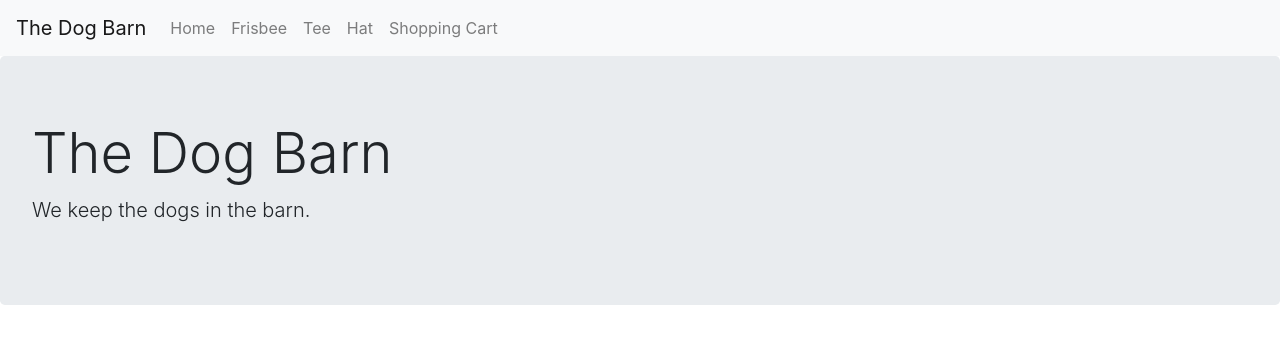
Repository: crudolph1214/SQL-Project
Page: http://localhost/thankyou.php
The author's editor kept a record of every edit. The page is drawn from the files as they stood at one moment, then again after the next edit.
The browser window is 1280 px wide. The pictures show the whole page.
The page is run by PHP 8.4 with error messages shown; the project is at /var/www/html/.

Above is the page before.

### workspace/thankyou.php
<!DOCTYPE html>
<html lang="en">
    <head>
        <!-- Required meta tags -->
        <meta charset="utf-8">
        <meta name="viewport" content="width=device-width, initial-scale=1, shrink-to-fit=no">

        <!-- Bootstrap CSS -->
        <link rel="stylesheet" href="https://stackpath.bootstrapcdn.com/bootstrap/4.1.0/css/bootstrap.min.css" integrity="sha384-9gVQ4dYFwwWSjIDZnLEWnxCjeSWFphJiwGPXr1jddIhOegiu1FwO5qRGvFXOdJZ4" crossorigin="anonymous">

        <title>The Dog Barn</title>
    </head>
    <body>
        <nav class="navbar navbar-expand-lg navbar-light bg-light">
            <a class="navbar-brand" href="index.php">The Dog Barn</a>
            <button class="navbar-toggler" type="button" data-toggle="collapse" data-target="#navbarNav" aria-controls="navbarNav" aria-expanded="false" aria-label="Toggle navigation">
                <span class="navbar-toggler-icon"></span>
            </button>
            <div class="collapse navbar-collapse" id="navbarNav">
                <ul class="navbar-nav">
                    <li class="nav-item">
                        <a class="nav-link" href="index.php">Home</a>
                    </li>
                    <li class="nav-item">
                        <a class="nav-link" href="frisbee.php">Frisbee</a>
                    </li>
                    <li class="nav-item">
                        <a class="nav-link" href="tee.php">Tee</a>
                    </li>
                    <li class="nav-item">
                        <a class="nav-link" href="hat.php">Hat</a>
                    </li>
                    <li class="nav-item">
                        <a class="nav-link" href="shoppingcart.php">Shopping Cart</a>
                    </li>
                </ul>
            </div>
        </nav>

        <div class="jumbotron">
            <h1 class="display-4">The Dog Barn</h1>
            <p class="lead">We keep the dogs in the barn.</p>
        </div>

        <!-- jQuery first, then Popper.js, then Bootstrap JS -->
        <script src="https://code.jquery.com/jquery-3.3.1.slim.min.js" integrity="sha384-q8i/X+965DzO0rT7abK41JStQIAqVgRVzpbzo5smXKp4YfRvH+8abtTE1Pi6jizo" crossorigin="anonymous"></script>
        <script src="https://cdnjs.cloudflare.com/ajax/libs/popper.js/1.14.0/umd/popper.min.js" integrity="sha384-cs/chFZiN24E4KMATLdqdvsezGxaGsi4hLGOzlXwp5UZB1LY//20VyM2taTB4QvJ" crossorigin="anonymous"></script>
        <script src="https://stackpath.bootstrapcdn.com/bootstrap/4.1.0/js/bootstrap.min.js" integrity="sha384-uefMccjFJAIv6A+rW+L4AHf99KvxDjWSu1z9VI8SKNVmz4sk7buKt/6v9KI65qnm" crossorigin="anonymous"></script>
    </body>
</html>

After the next edit:
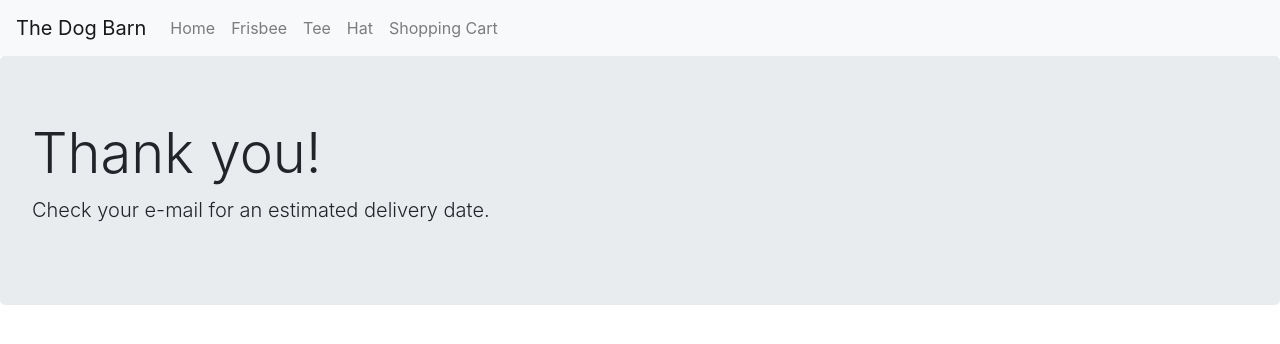
The edit:
--- a/workspace/thankyou.php
+++ b/workspace/thankyou.php
@@ -38,8 +38,8 @@
         </nav>
 
         <div class="jumbotron">
-            <h1 class="display-4">The Dog Barn</h1>
-            <p class="lead">We keep the dogs in the barn.</p>
+            <h1 class="display-4">Thank you!</h1>
+            <p class="lead">Check your e-mail for an estimated delivery date.</p>
         </div>
 
         <!-- jQuery first, then Popper.js, then Bootstrap JS -->
